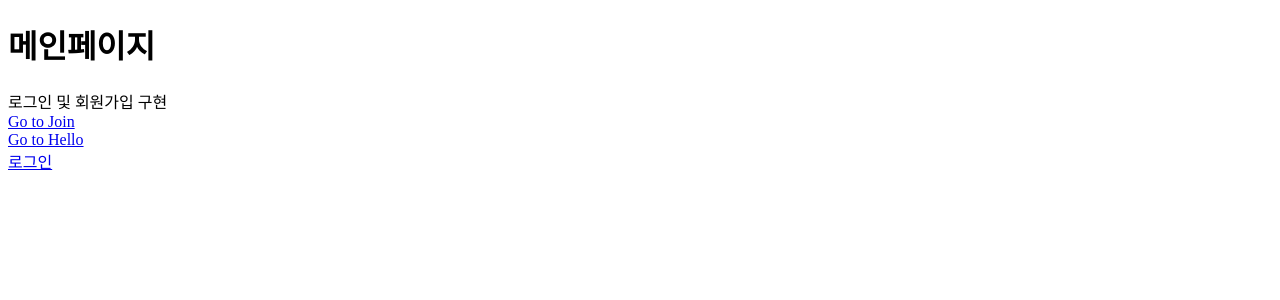
Repository: kjm541006/Ezen
Page: project/src/main/resources/static/index.html
The author's editor kept a copy of each file at every save. The page is drawn from the files as they stood at one save, then again after the next save.
The browser window is 1280 px wide. The pictures show the whole page.

Above is the page before, as saved 2023-06-07 07:37:33.

### project/src/main/resources/static/index.html
<!doctype html>
<html lang="ko">
<head>
	<meta charset="UTF-8" />
	<title>Document</title>
</head>
<body>
	<h1>메인페이지</h1>
	<span>로그인 및 회원가입 구현</span>
	<br />
	<a href="/join">Go to Join</a>
	<br />
	<a href="/hello">Go to Hello</a>
	<br />
	<a href="/login">로그인</a>
</body>
</html>

After the next save:
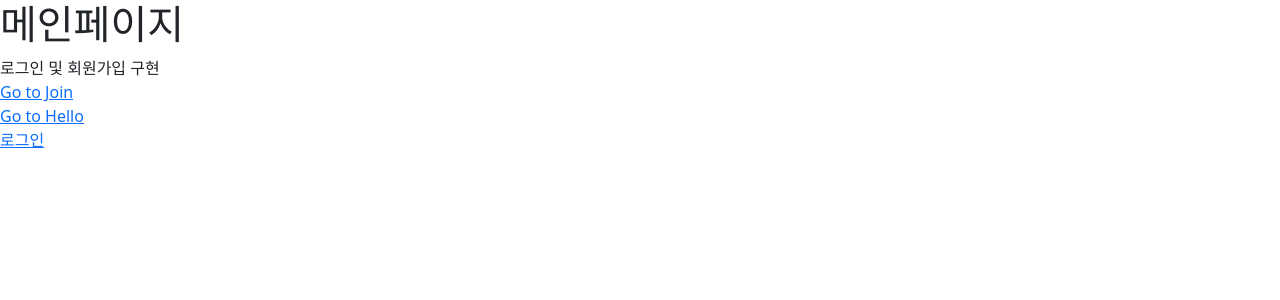
Saved 3 min 23 s later.
--- a/project/src/main/resources/static/index.html
+++ b/project/src/main/resources/static/index.html
@@ -2,6 +2,7 @@
 <html lang="ko">
 <head>
 	<meta charset="UTF-8" />
+	<link href="https://cdn.jsdelivr.net/npm/bootstrap@5.2.3/dist/css/bootstrap.min.css" rel="stylesheet" integrity="sha384-rbsA2VBKQhggwzxH7pPCaAqO46MgnOM80zW1RWuH61DGLwZJEdK2Kadq2F9CUG65" crossorigin="anonymous">
 	<title>Document</title>
 </head>
 <body>
